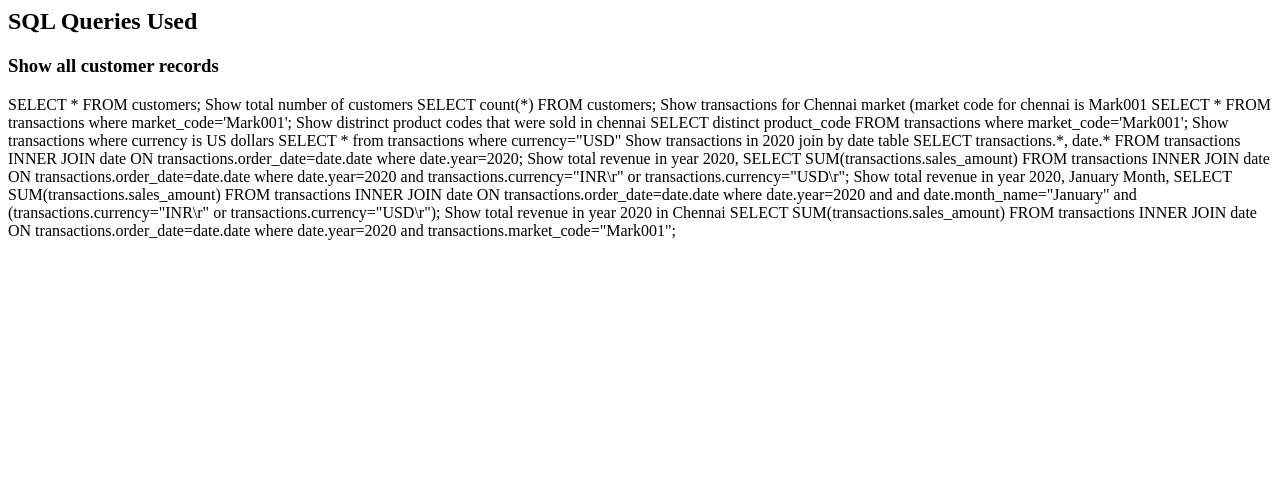
Repository: IslamInjila/new_portfolio
Page: images/salesInsight_bi.html
The author's editor kept a copy of each file at every save. The page is drawn from the files as they stood at one save, then again after the next save.
The browser window is 1280 px wide. The pictures show the whole page.

Above is the page before, as saved 2021-06-02 15:38:25.

After the next save:
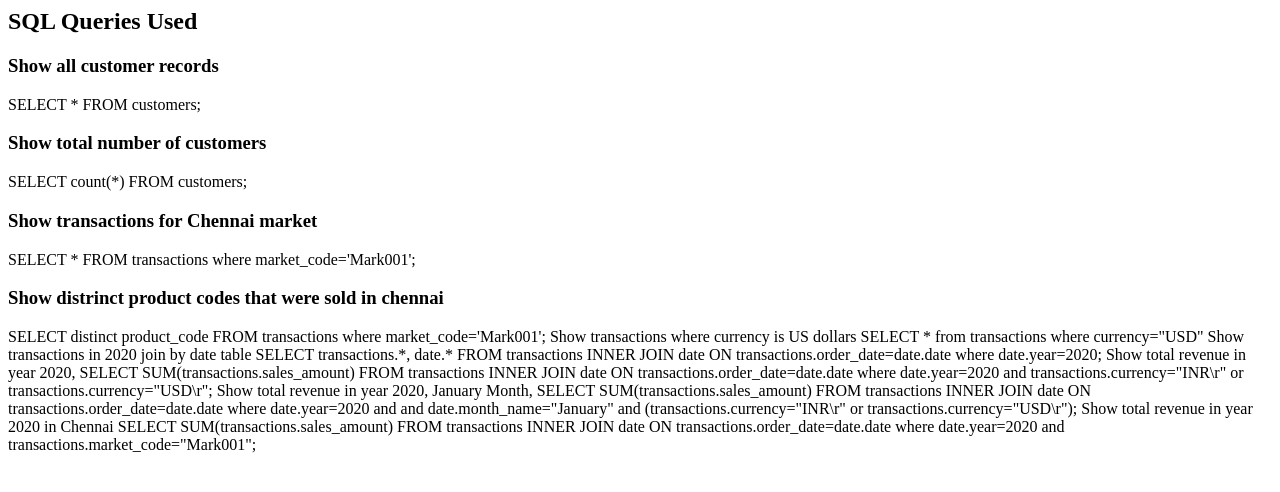
Saved 92 s later.
--- a/images/salesInsight_bi.html
+++ b/images/salesInsight_bi.html
@@ -9,15 +9,15 @@
 
 SELECT * FROM customers;
 
-Show total number of customers
+<h3>Show total number of customers</h3>
 
 SELECT count(*) FROM customers;
 
-Show transactions for Chennai market (market code for chennai is Mark001
+<h3> Show transactions for Chennai market</h3>
 
 SELECT * FROM transactions where market_code='Mark001';
 
-Show distrinct product codes that were sold in chennai
+<h3> Show distrinct product codes that were sold in chennai</h3>
 
 SELECT distinct product_code FROM transactions where market_code='Mark001';
 
